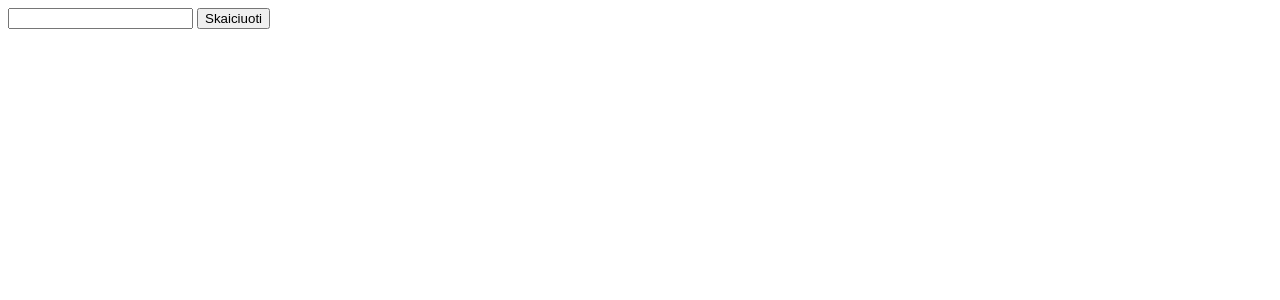
Repository: motiejus1/04-paskaita-PHP-05.31
Page: http://localhost/skaiciuotuvas.php
An editor plug-in stored every save of this project. The page is shown before and after a run of saves, followed by the edit.
The browser window is 1280 px wide. The pictures show the whole page.
The page is run by PHP 8.4 with error messages shown; the project is at /var/www/html/.

Above is the page before, as saved 2021-07-28 20:01:50.

### skaiciuotuvas.php
<!DOCTYPE html>
<html lang="en">
<head>
    <meta charset="UTF-8">
    <meta http-equiv="X-UA-Compatible" content="IE=edge">
    <meta name="viewport" content="width=device-width, initial-scale=1.0">
    <title>Skaiciuotuvas</title>
</head>
<body>

    <form action="skaiciuotuvas.php" method="get">
        <input type="text" name ="aritmetika" />
        <button type="submit" name="patvirtinti">Skaiciuoti</button>
    </form>

    <?php

    //Funkcijos

    function skaiciavimoFunkcija($simbolis, $aritmetika ) {
        $duomenuMasyvas = explode($simbolis, $aritmetika);

        // var_dump($duomenuMasyvas);
        $duomenuMasyvas[2] = $simbolis;

        //Kintamuju sukeitimas pasitelkian pagalbini kintamaji
        $pagalbinis = $duomenuMasyvas[2];// +
        $duomenuMasyvas[2] = $duomenuMasyvas[1];
        $duomenuMasyvas[1] = $pagalbinis;
        if($simbolis == "+") {
            return $duomenuMasyvas[0] + $duomenuMasyvas[2];
        } else if($simbolis == "-") {
            return $duomenuMasyvas[0] - $duomenuMasyvas[2];
        } else if($simbolis == "/") {
            return $duomenuMasyvas[0] / $duomenuMasyvas[2];
        } else if($simbolis == "*") {
            return $duomenuMasyvas[0] * $duomenuMasyvas[2];
        } else if($simbolis == "%") {
            return $duomenuMasyvas[0] % $duomenuMasyvas[2];
        }
        return "Veiksmo neimanoma atlikt";
    }

    if(isset($_GET["patvirtinti"])) {
        if(isset($_GET["aritmetika"]) && !empty($_GET["aritmetika"])) {
            $aritmetika = $_GET["aritmetika"];

            // " " - tai yra simbolis
            //Galbut funkcija, kuri leistu ieskoti tam tikru simboliu ir juos panaikinti?
            //str_replace - ji randa mums norima simboli, ir ta surasta simboli pakeisti

            $aritmetika = str_replace(" ","",$aritmetika);

            $rezultatas = 0;
            $duomenuMasyvas = 0;
            // +
            // teksta => masyva
            // 4+5 [4, '+', 5]
            // 150 - 3 [1,5,0,"",3]
            // $duomenuMasyvas = str_split($aritmetika, 1) //teksta i masyva i vienodas dalis
            // explode - teksta pavercia i masyva
            // suskaido i masyva pagal delimiter(simboli)

            //Paieska tekstineje eilute: ar yra simbolis + - / *
            //strpos - string position
            // ji iesko ar tekstineje eilute yra kazkoks musu nurodytas simbolis

            $simbolioPozicija = strpos($aritmetika,"+");
            // jeigu jinai neranda simbolio, grazinama false
            // jeigu simbolis yra surastas - grazina simbolio pozicija

            // 4+5 veikia 1
            // 10+5 nebeveikia pozicija? 2
            //patikrinti ne kurioje pozicija yra simbolis? o tiesiog ar musu
            //kintamasis yra !false

            //ar simbolis ir kad simbolis viena karta
            //substr_count - substring count, grazina tik skaiciu
            //skaiciuoja kiek kartu pasikartoja tekstas/simbolis tekstineje eiluteje

            // $simboliuSk = substr_count($tekstas, "+");

            // echo "Pliusu skaicius: ".$pliusuSk;

            if(strpos($aritmetika,"+") != false && substr_count($aritmetika, "+") == 1) {
                $rezultatas = skaiciavimoFunkcija("+", $aritmetika);
            } else if(strpos($aritmetika,"-") != false && substr_count($aritmetika, "-") == 1) {
                $rezultatas = skaiciavimoFunkcija("-", $aritmetika);
            } else if(strpos($aritmetika,"/") != false && substr_count($aritmetika, "/") == 1) {
                $rezultatas = skaiciavimoFunkcija("/", $aritmetika);
            } else if(strpos($aritmetika,"*") != false && substr_count($aritmetika, "*") == 1) {
                $rezultatas = skaiciavimoFunkcija("*", $aritmetika);
            } else if(strpos($aritmetika,"%") != false && substr_count($aritmetika, "%") == 1) {
                $rezultatas = skaiciavimoFunkcija("%", $aritmetika);
            } else {
                $rezultatas = "Veiksmo zenklas neteisingas";
            }

            //PHP echo komanda jeigu true/false kintamaji - 1 arba tuscia eilute
            //var_dump - mes galime isvedineti masyvus
            //var_dump - bet koki kintamaji, kad patikrintume kokio jisai yra tipo

            echo "<div>";


            echo "<div>";
            echo $rezultatas;
            echo "</div>";

        } else {
            echo "Laukelis tuscias";
        }
    }

    // $_GET["patvirtinti"] = // true arba false reiksmes
    // jei mygtukas buvo paspaustas - true
    //jei ne - false



    // 1. Užduotis "Skaičiuotuvas"

    // Sukurti skaičiuotuvą.
    // Skaičiuotuve įvedami du skaičiai ir veiksmas ivedamas i ta pati laukeli.
    // Rezultatas išvedamas į div.

    //2. Papildyti Užduotis "Skaičiuotuvas" taip,
    // kad rezultatas būtų atvaizduojamas tame pačiame lange


    ?>
</body>
</html>

After the next 2 saves:
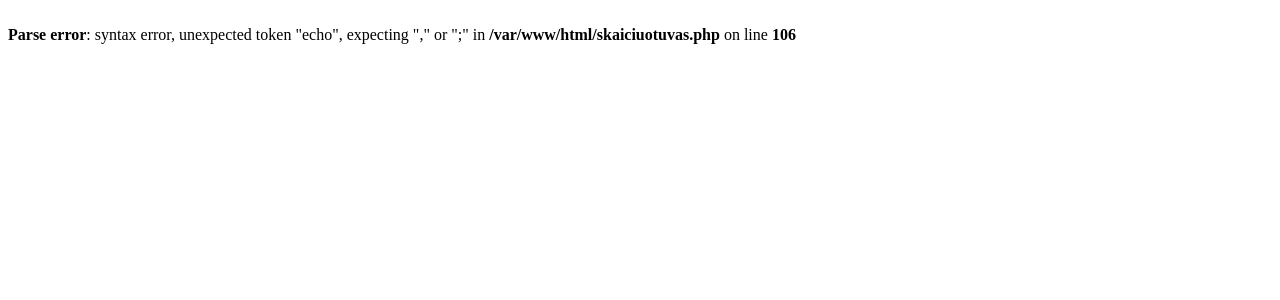
The 2 saves are shown as one change because they came seconds apart.
The last was saved 6 s later.
--- a/skaiciuotuvas.php
+++ b/skaiciuotuvas.php
@@ -101,7 +101,7 @@
             //var_dump - bet koki kintamaji, kad patikrintume kokio jisai yra tipo
 
             echo "<div>";
-
+            echo $aritmetika
 
             echo "<div>";
             echo $rezultatas;

After the 5 saves that followed:
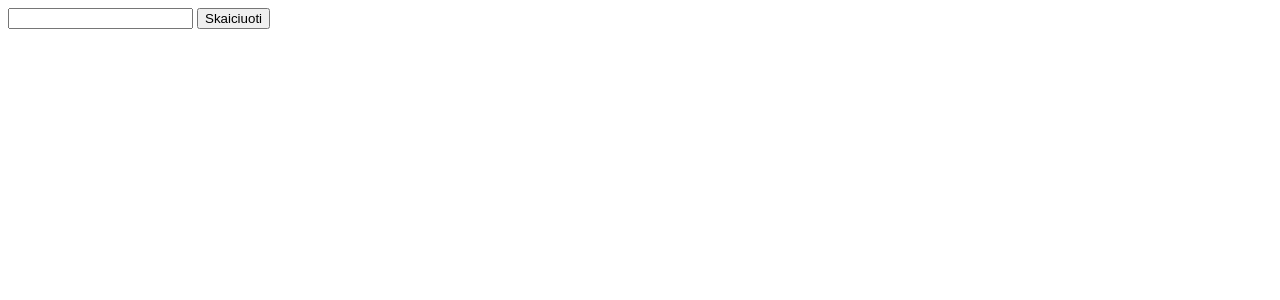
The 5 saves are shown as one change because they came seconds apart.
The last was saved 11 s later.
--- a/skaiciuotuvas.php
+++ b/skaiciuotuvas.php
@@ -101,7 +101,8 @@
             //var_dump - bet koki kintamaji, kad patikrintume kokio jisai yra tipo
 
             echo "<div>";
-            echo $aritmetika
+            echo $aritmetika;
+            echo "</div>";
 
             echo "<div>";
             echo $rezultatas;
